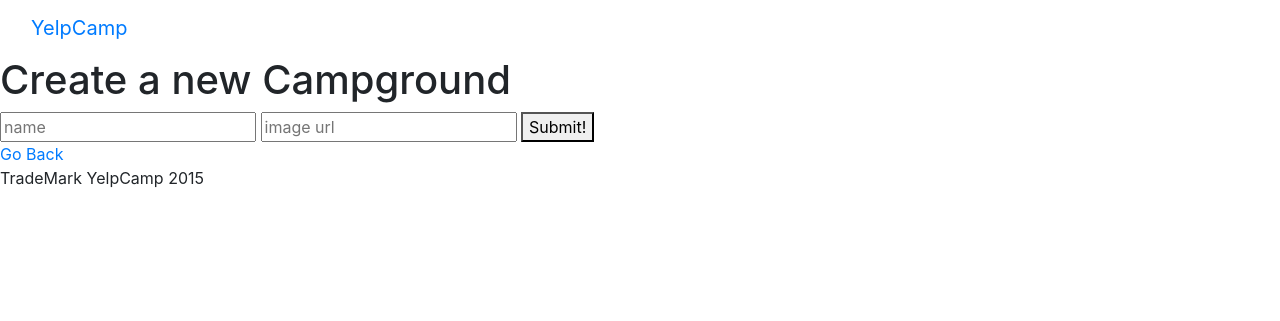
Repository: yshang0/WebDeveloperBootcamp
Page: http://localhost/campgrounds/new
The author's editor kept a record of every edit. The page is drawn from the files as they stood at one moment, then again after the next edit.
The browser window is 1280 px wide. The pictures show the whole page.
The page is served by the project's Node server (YelpCamp/v1/app.js).

Above is the page before.

After the next edit:
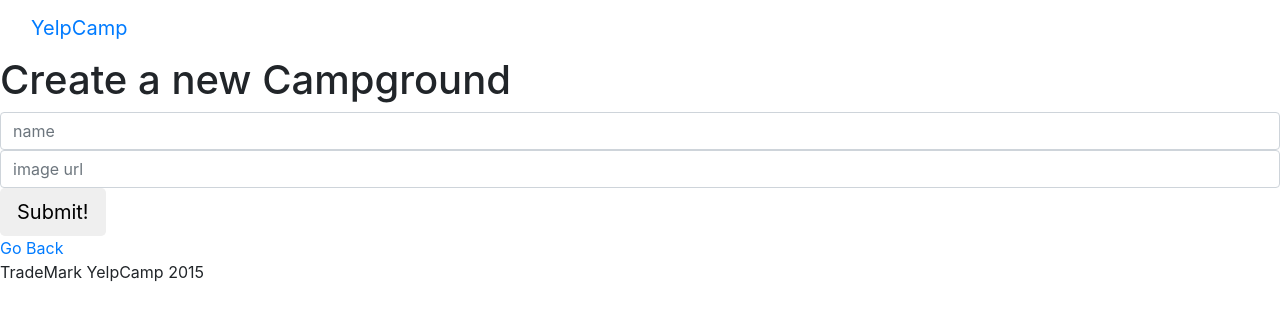
The edit:
--- a/PhotoShow/YelpCamp/v1/views/new.ejs
+++ b/PhotoShow/YelpCamp/v1/views/new.ejs
@@ -3,9 +3,9 @@
     Create a new Campground
 </h1>
 <form action="/campgrounds" method="POST">
-    <input type="text" name="name" placeholder="name">
-    <input type="text" name="image" placeholder="image url">
-    <button>Submit!</button>
+    <input class="form-control" type="text" name="name" placeholder="name">
+    <input class="form-control" type="text" name="image" placeholder="image url">
+    <button class="btn btn-lg btn-default">Submit!</button>
 </form>
 
 <a href="/campgrounds">Go Back</a>
